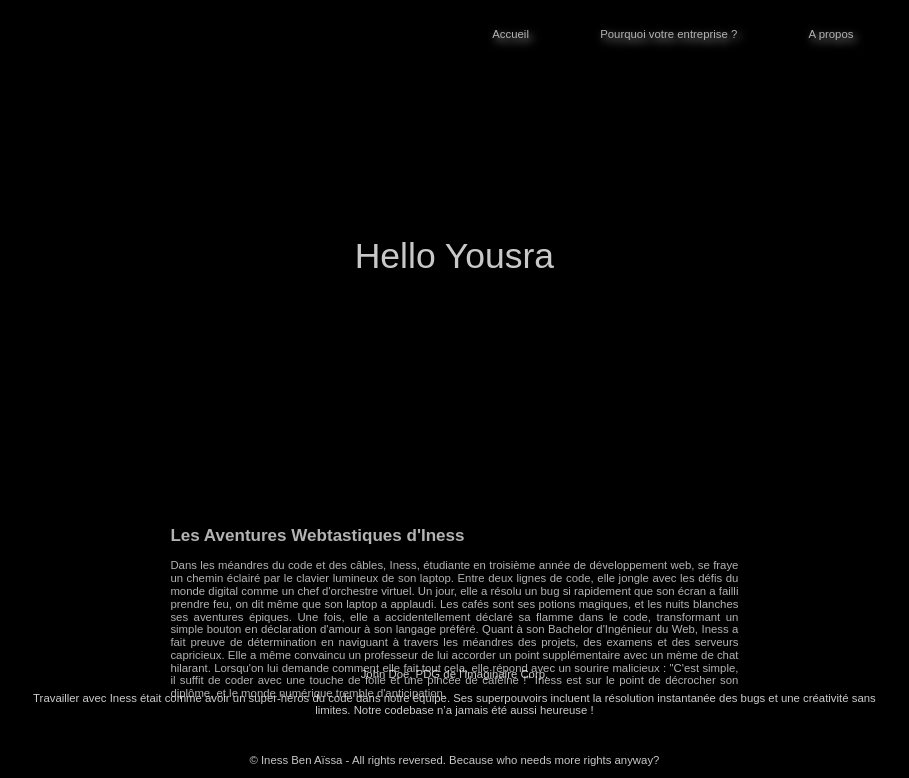
Repository: inessben/application
Page: index.html
The author's editor kept a copy of each file at every save. The page is drawn from the files as they stood at one save, then again after the next save.
The browser window is 1280 px wide. The pictures show the whole page, at 71% of full size.

Above is the page before, as saved 2023-12-03 20:19:20.

After the next save:
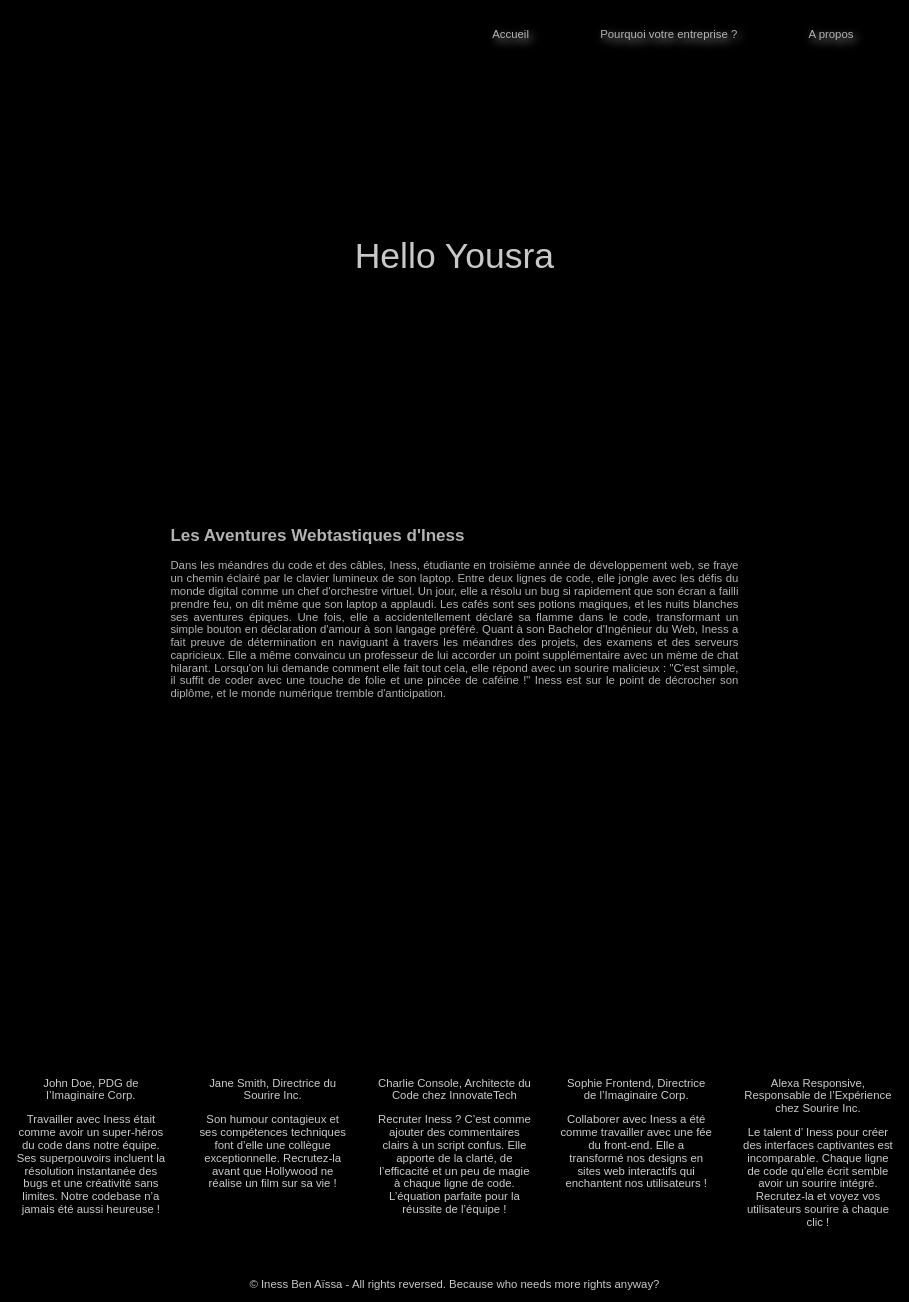
Saved 11 s later.
--- a/index.css
+++ b/index.css
@@ -40,7 +40,7 @@ body {
 
 #main-content {
     z-index: 99;
-    height: 20vh;
+    height: 100vh;
     top: -200px;
     color: #b3b3b3;
     max-width: 800px;
@@ -56,7 +56,7 @@ body {
 #testimonial4,
 #testimonial5,
 #testimonial6 {
-    min-width: 100vw;
+    min-width: 20vw;
     scroll-snap-align: start;
     padding: 20px;
     box-sizing: border-box;
